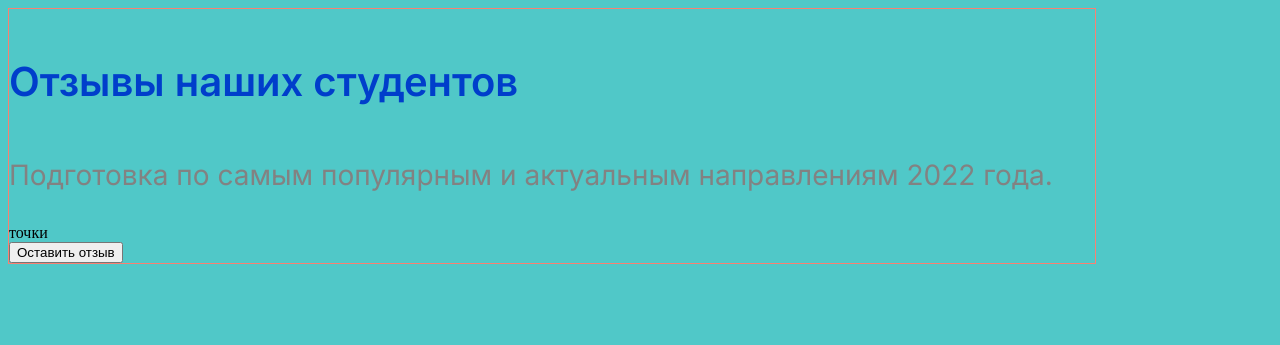
Repository: Malvuna/Studi
Page: index.html
An editor plug-in stored every save of this project. The page is shown before and after a run of saves, followed by the edit.
The browser window is 1280 px wide. The pictures show the whole page.

Above is the page before, as saved 2022-07-11 16:07:32.

After the next 3 saves:
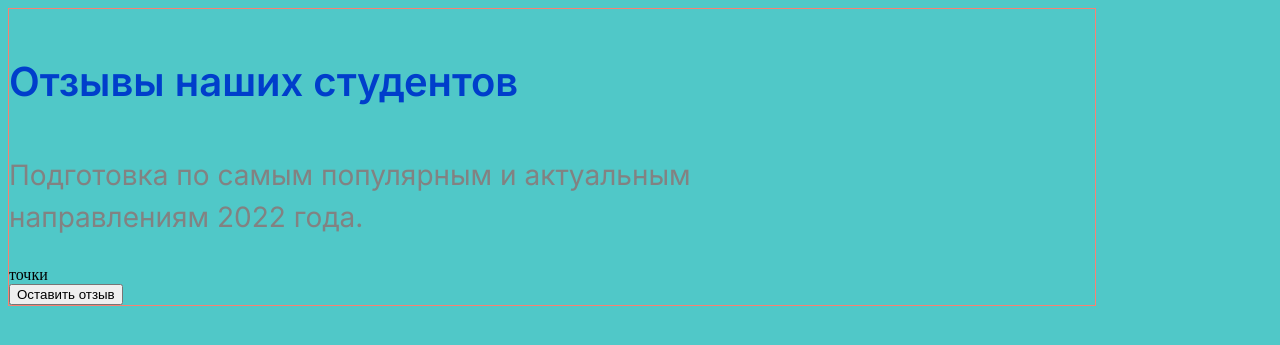
The 3 saves are shown as one change because they came seconds apart.
The last was saved 23 s later.
--- a/index.html
+++ b/index.html
@@ -17,7 +17,7 @@
       <div id="container" class="container">
 
       <p class="h1">Отзывы наших студентов</p>
-      <p class="head">Подготовка по самым популярным и актуальным направлениям 2022 года.</p>
+      <p class="head">Подготовка по самым популярным и актуальным </br> направлениям 2022 года.</p>
       <div></div>
       <div>точки</div>
       <button>Оставить отзыв</button>
